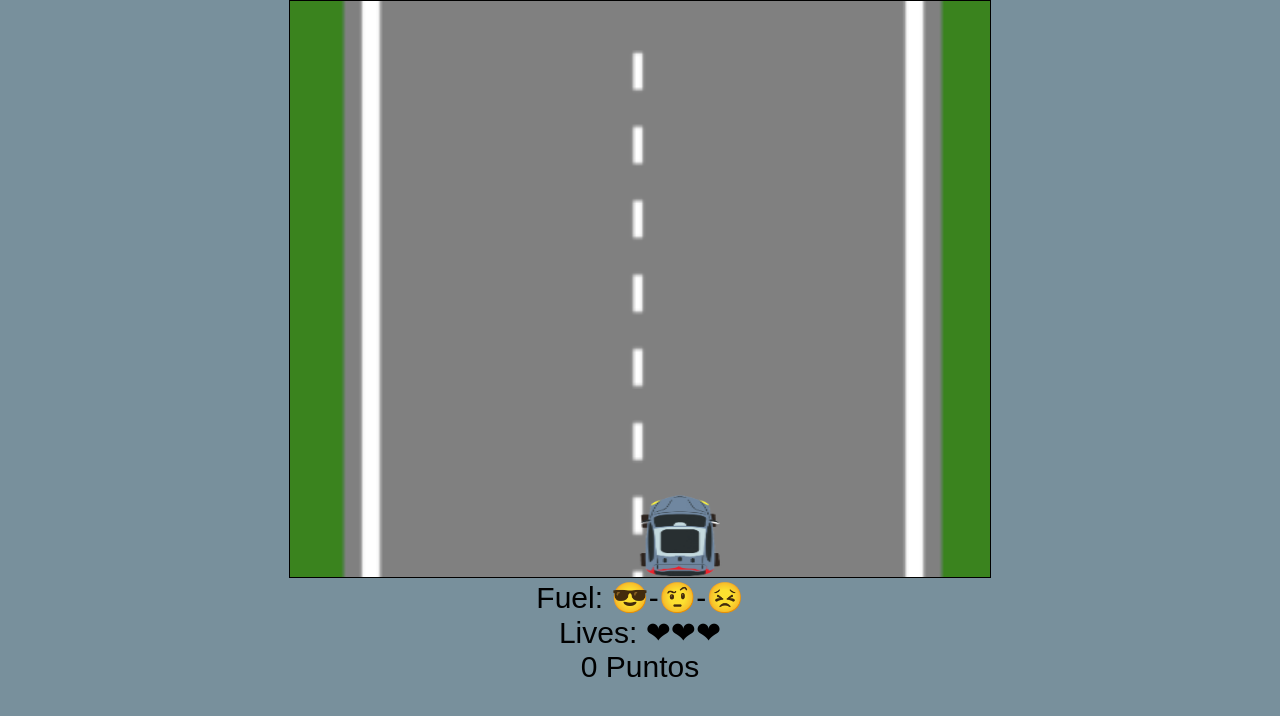
Repository: ChristianGecchelin/ironCarGame
Page: canvas.html
An editor plug-in stored every save of this project. The page is shown before and after the next save, followed by the edit.
The browser window is 1280 px wide. The pictures show the whole page.

Above is the page before, as saved 2022-06-14 17:11:36.

After the next save:
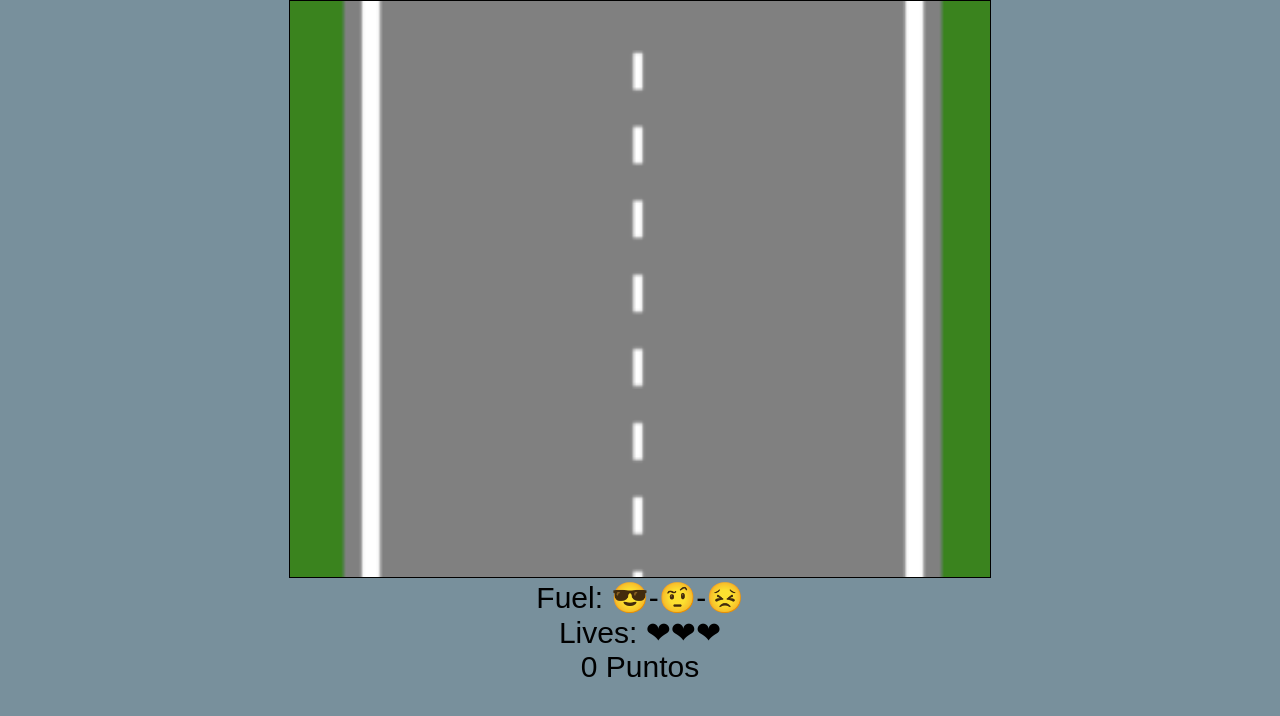
Console error (its wording comes from the project's code and is left out).
Saved 43 s later.
--- a/src/coche.js
+++ b/src/coche.js
@@ -22,7 +22,7 @@
       this.y < objeto.y + objeto.alto &&
       this.alto + this.y > objeto.y
     ) {
-      console.log("colision frontal");
+      points += 100;
     }
   }
 }
@@ -39,7 +39,7 @@
     ctx.drawImage(this.imagen, this.x, this.y, this.ancho, this.alto);
   }
 }
-class BossEnemy extends Objeto {
+class BossEnemy {
   constructor(x, y, ancho, alto, imagen, ctx) {
     super(x, y, ancho, alto, imagen, ctx);
   }

After the save that followed:
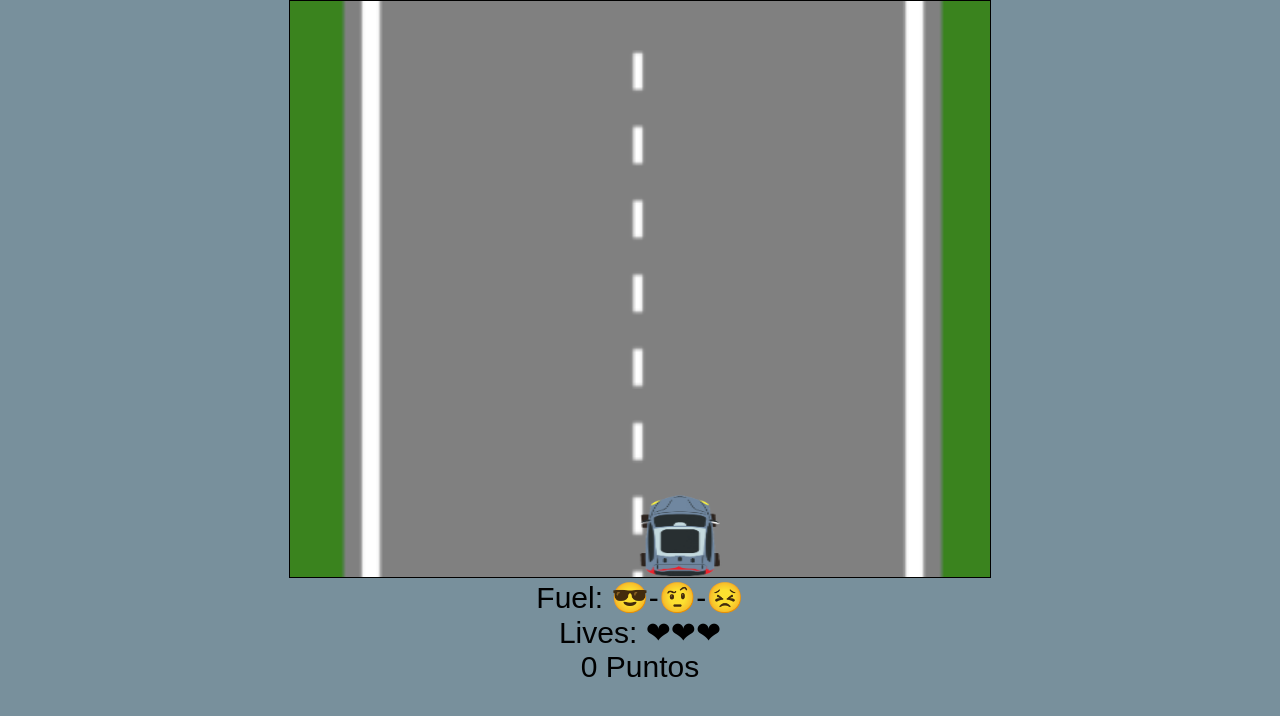
The error is gone.
Saved 82 s later.
--- a/src/coche.js
+++ b/src/coche.js
@@ -27,7 +27,7 @@
   }
 }
 
-class Player extends Objeto {
+/* class Player extends Objeto {
   constructor(x, y, ancho, alto, imagen, ctx, lives, fuel) {
     super(x, y, ancho, alto, imagen, ctx);
     this.step = Objeto.step + 2;
@@ -38,8 +38,8 @@
     ctx.globalCompositeOperation = "source-over";
     ctx.drawImage(this.imagen, this.x, this.y, this.ancho, this.alto);
   }
-}
-class BossEnemy {
+} */
+/* class BossEnemy {
   constructor(x, y, ancho, alto, imagen, ctx) {
     super(x, y, ancho, alto, imagen, ctx);
   }
@@ -51,4 +51,4 @@
     this.x = this.x + this.step;
     this.dibujar();
   }
-}
+} */
